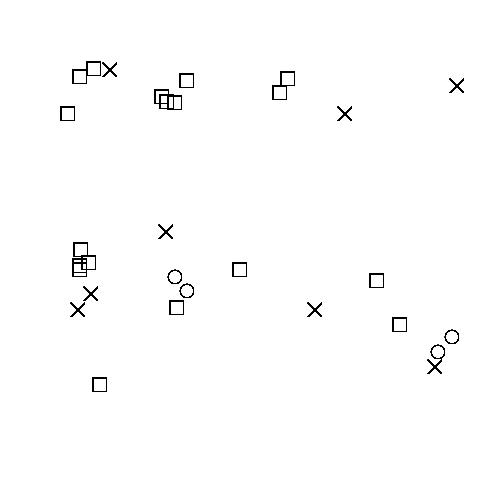
Repository: benceluzsinszky/rock-paper-scissors-simulation-pygame
Script's output: python main.py
The author's editor kept a copy of each file at every save. The script's output is drawn from the files as they stood at one save, then again after the next save.
The window is shown after at most 60 frames with no key pressed. Random numbers start from a fixed seed. It also reads sprites/paper.png, sprites/rock.png, sprites/scissors.png.

Above is the script's output before, as saved 2023-04-24 22:08:08.

After the next save:
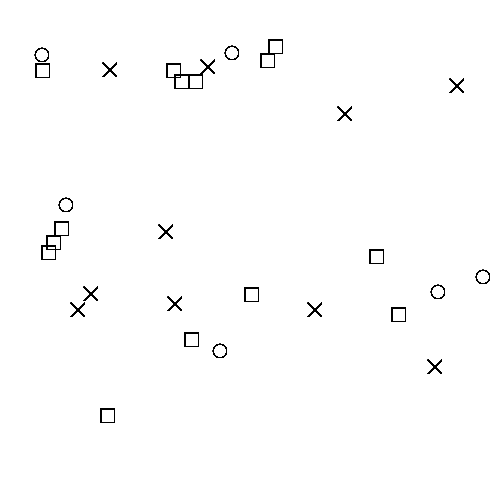
Saved 11 s later.
--- a/main.py
+++ b/main.py
@@ -39,7 +39,7 @@ class Game():
         while True:
             self.check_events()
             # self.rocks.sprites()[0].eat(self.scissors)
-            self.move_sprites(self.rocks, self.scissors)
+            # self.move_sprites(self.rocks, self.scissors)
             # self.move_sprites(self.scissors, self.papers)
             self.move_sprites(self.papers, self.rocks)
             self.check_collisions()
